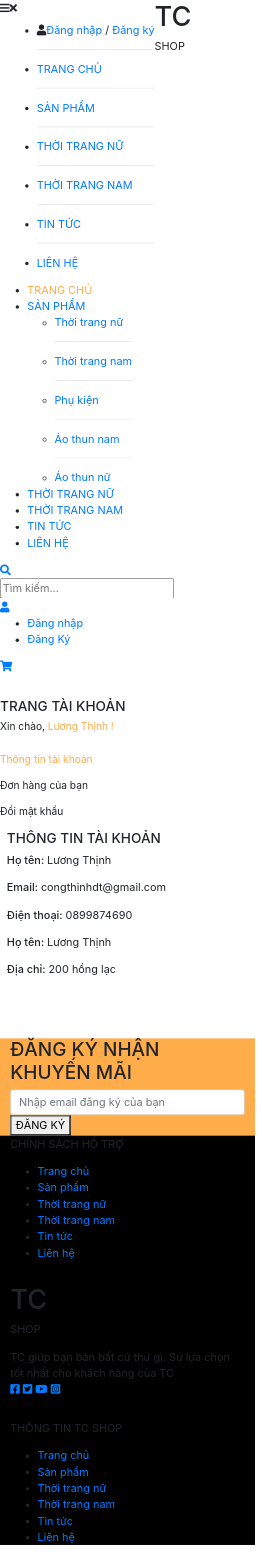
Repository: congthinh1701/TCshop
Page: ThongTinTaiKhoan.html
The author's editor kept a copy of each file at every save. The page is drawn from the files as they stood at one save, then again after the next save.
The browser window is 375 px wide. The page is 385 px wide, so the pictures cover 385 px, including what lies to the right of the window. The pictures show the whole page, at 68% of full size.
The style sheet was rebuilt from its Sass, Less or Tailwind sources for each picture, by a compiler version that may differ from the author's.

Above is the page before, as saved 2021-09-08 17:36:38.

After the next save:
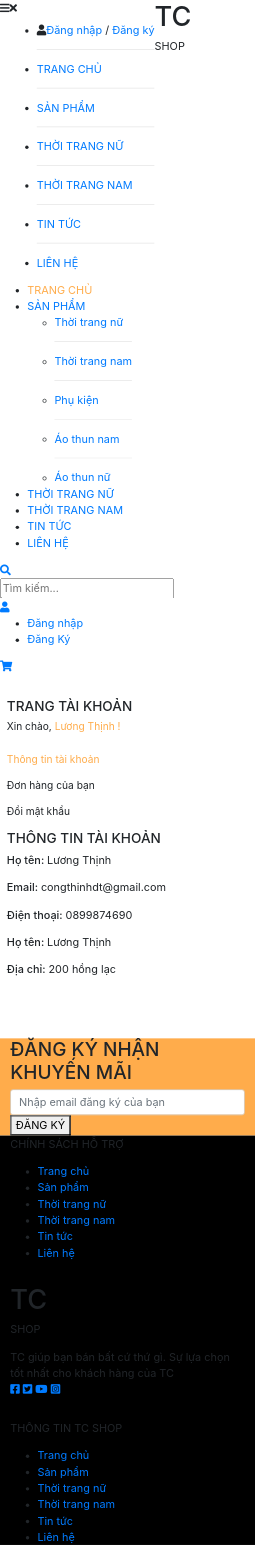
Saved 6 s later.
--- a/sass/style.scss
+++ b/sass/style.scss
@@ -23,7 +23,7 @@ $fontWeight:500;
     @media (max-width: 623px) {
         .trang-tai-khoan{
             width: calc(100% / var(--columns));
-            margin: 10px 0 0 0;
+            margin: 10px 0 0 10px;
             p{
                 font-size: 15px;
             }
